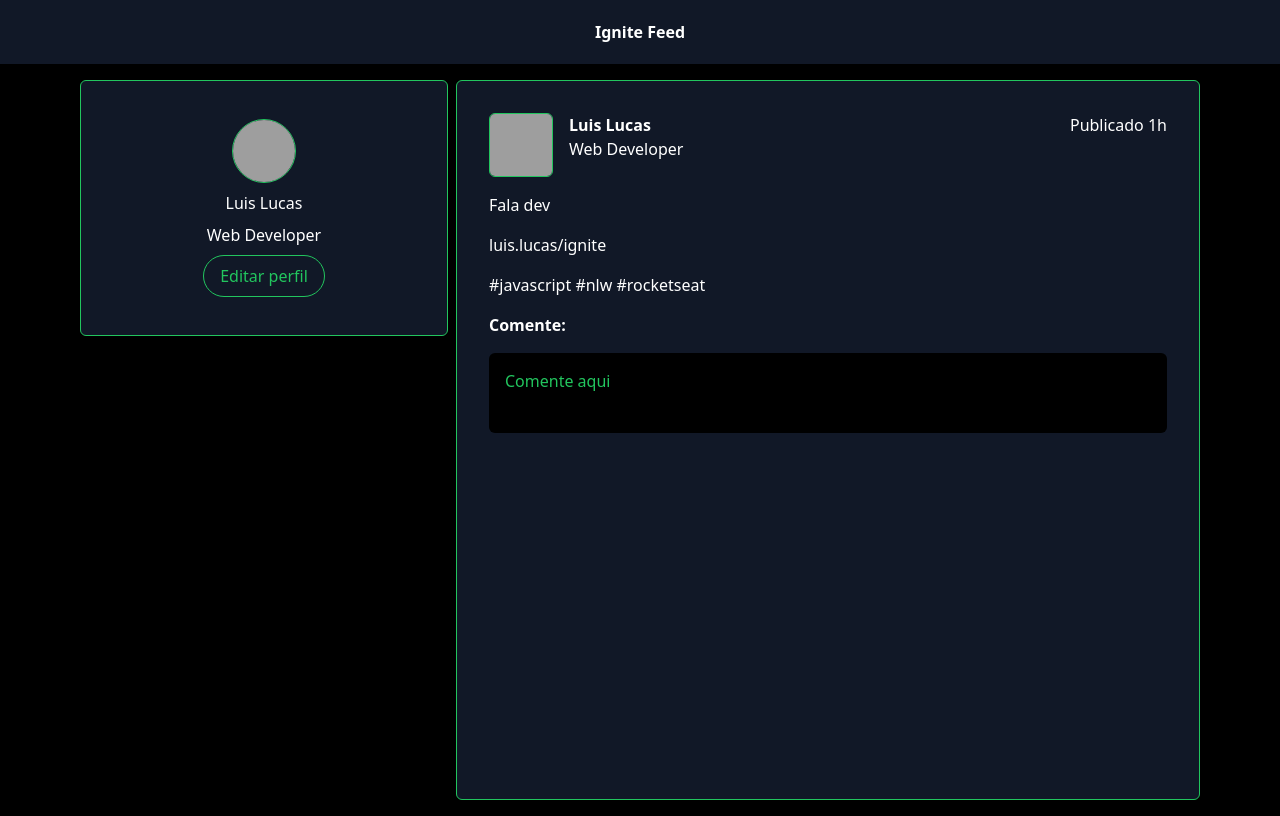
Repository: LuisSempre/ignite-feed
Page: /
An editor plug-in stored every save of this project. The page is shown before and after the next save, followed by the edit.
The browser window is 1280 px wide. The pictures show the whole page.
Pictures or frames that could not be fetched are drawn as grey boxes. The project was rebuilt for these pictures with package versions that can differ from the ones it lists, and the page was loaded fresh each time. Also part of the build but not shown: vite.config.js.

Above is the page before, as saved 2022-07-14 00:00:15.

After the next save:
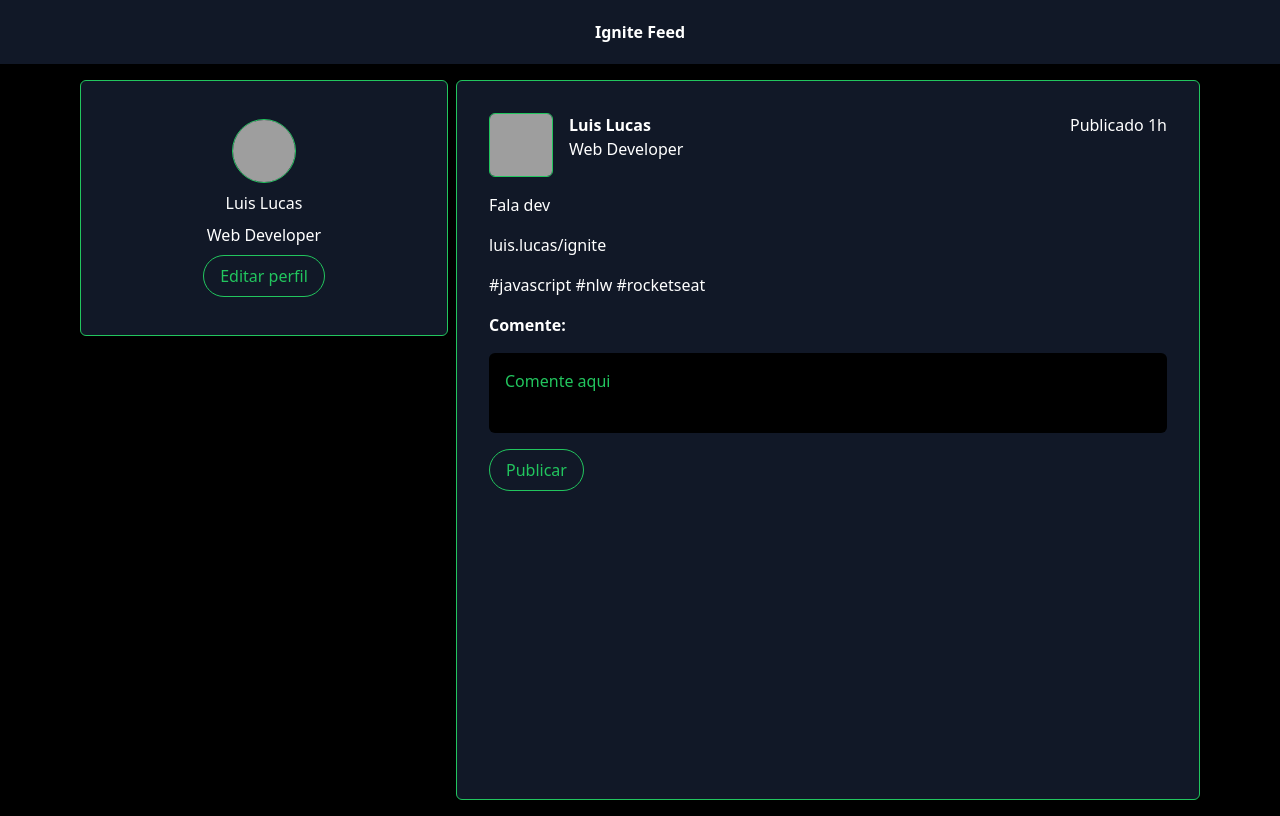
Saved 22 s later.
--- a/src/Components/Post.jsx
+++ b/src/Components/Post.jsx
@@ -29,7 +29,7 @@ export function Post() {
             className="w-full rounded-md bg-black placeholder-green-500 p-4 resize-none focus:-green-500"
             placeholder="Comente aqui"
           />
-        <div className="hidden max-h-0 focus-within:visible">
+        <div className="visible max-h-0 focus-within:hidden">
 
           <button
             type="submit"
